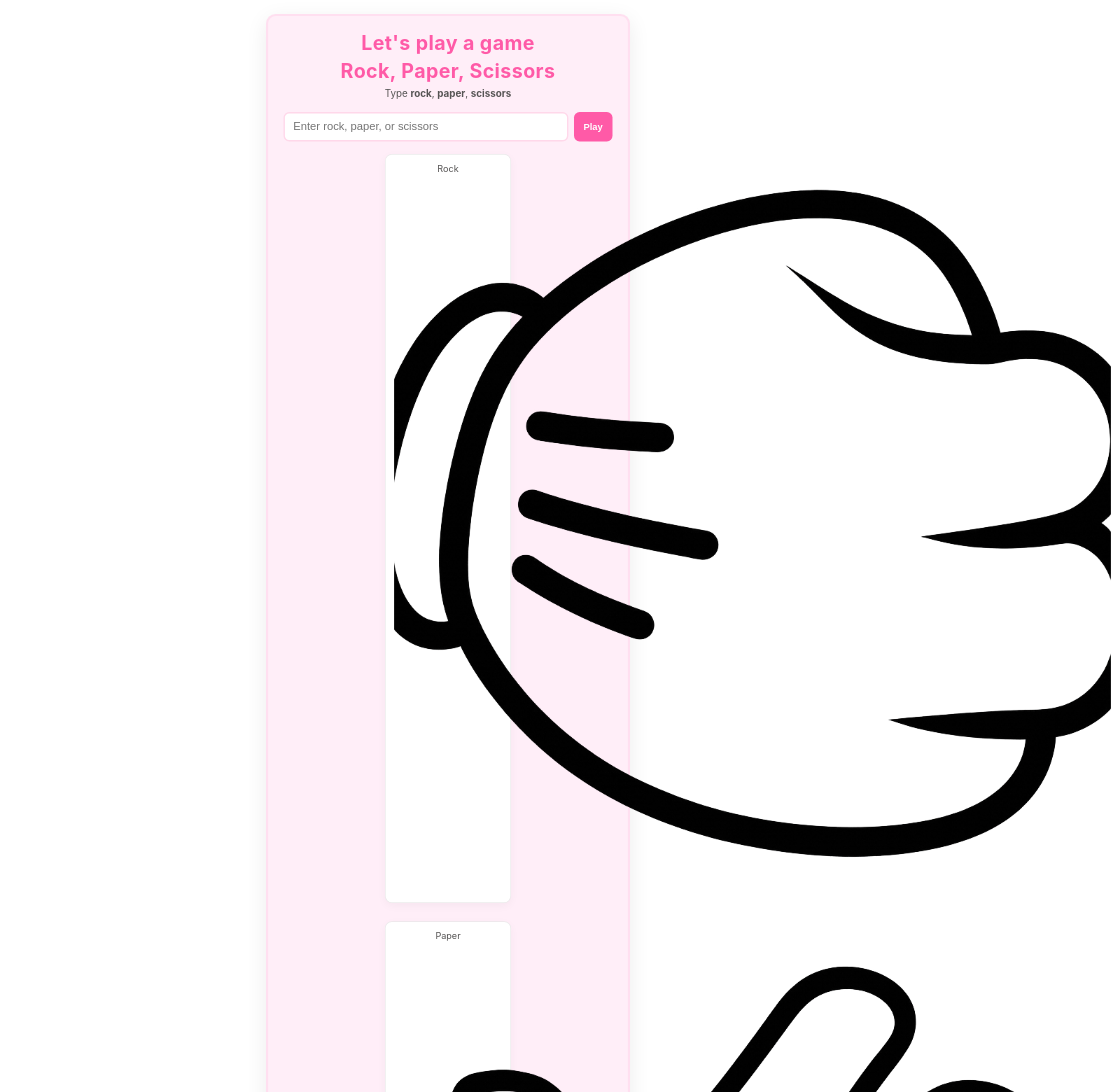
Repository: brittanyramirez/RPS-Game
Page: rps.html
An editor plug-in stored every save of this project. The page is shown before and after a run of saves, followed by the edit.
The browser window is 1280 px wide. The page is 1587 px wide, so the pictures cover 1587 px, including what lies to the right of the window. The pictures show the part of the page from y = 0 to 1560 px (the page is 4097 px tall before and 4121 px after), at 70% of full size.

Above is the page before, as saved 2025-11-14 11:42:45.

After the next 3 saves:
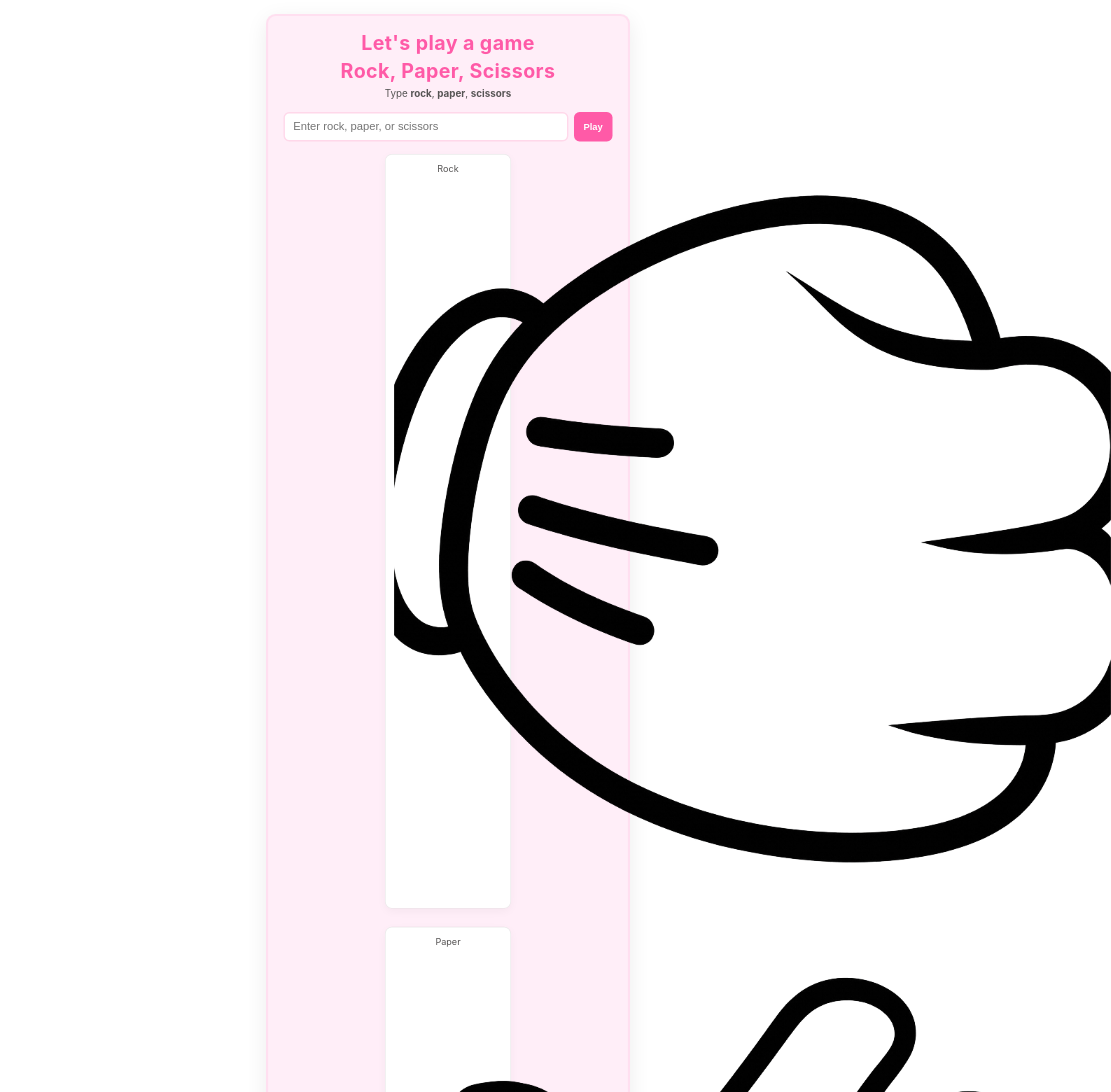
The 3 saves are shown as one change because they came seconds apart.
The last was saved 8 s later.
--- a/rps.css
+++ b/rps.css
@@ -91,5 +91,5 @@
 .label{
     font-size: 13px;
     color:var(--muted);
-    margin-bottom: ;
+    margin-bottom: 8px;
 }
